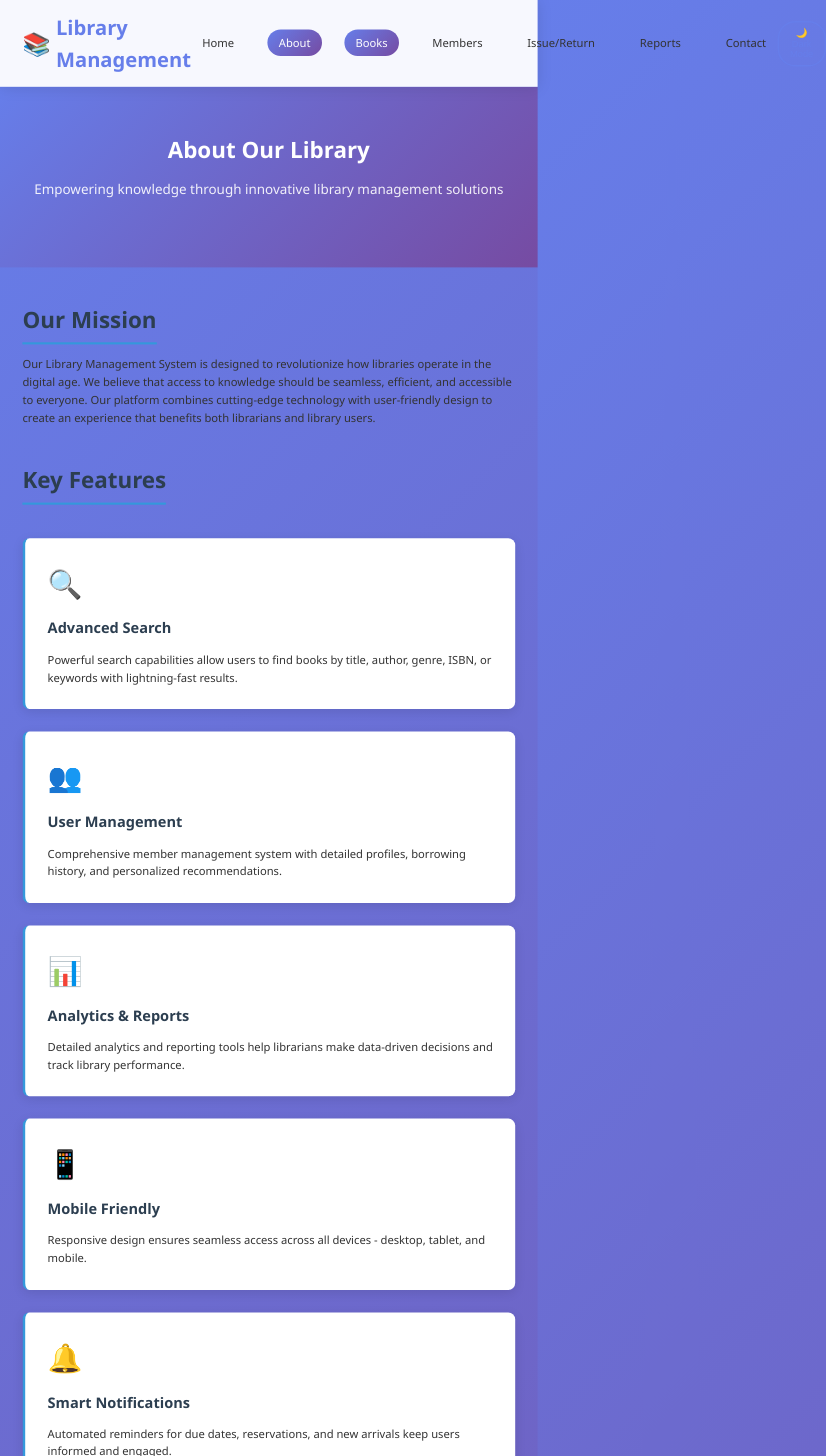
Repository: Manilamagar/learningnodejs
Page: http://localhost/about
These files come from the project's save history. The page is drawn as it stood at one moment and after the next save; the edit follows.
The browser window is 768 px wide. The page is 1180 px wide, so the pictures cover 1180 px, including what lies to the right of the window. The pictures show the part of the page from y = 0 to 2080 px (the page is 4957 px tall before and 3446 px after), at 70% of full size.
The page is served by the project's Node server (app.js).

Above is the page before, as saved 2025-05-28 13:16:43.

### views/about.ejs

    <style>
        * {
            margin: 0;
            padding: 0;
            box-sizing: border-box;
        }


        /* Hero Section */
        .hero-section {
            background: linear-gradient(135deg, #667eea, #764ba2);
            color: white;
            padding: 4rem 0;
            text-align: center;
        }

        .hero-content {
            max-width: 800px;
            margin: 0 auto;
            padding: 0 2rem;
        }

        .hero-title {
            font-size: 3rem;
            margin-bottom: 1rem;
            font-weight: 700;
        }

        .hero-subtitle {
            font-size: 1.2rem;
            opacity: 0.9;
            margin-bottom: 2rem;
        }

        /* Main Content */
        .main-content {
            max-width: 1200px;
            margin: 0 auto;
            padding: 3rem 2rem;
        }

        .section {
            margin-bottom: 3rem;
        }

        .section-title {
            font-size: 2rem;
            margin-bottom: 1rem;
            color: #2c3e50;
            border-bottom: 3px solid #3498db;
            padding-bottom: 0.5rem;
            display: inline-block;
        }

        .dark-mode .section-title {
            color: #e0e0e0;
        }

        /* Features Grid */
        .features-grid {
            display: grid;
            grid-template-columns: repeat(auto-fit, minmax(300px, 1fr));
            gap: 2rem;
            margin-top: 2rem;
        }

        .feature-card {
            background: white;
            padding: 2rem;
            border-radius: 10px;
            box-shadow: 0 4px 15px rgba(0,0,0,0.1);
            transition: transform 0.3s ease;
            border-left: 4px solid #3498db;
        }

        .feature-card:hover {
            transform: translateY(-5px);
        }

        .feature-icon {
            font-size: 2.5rem;
            margin-bottom: 1rem;
            display: block;
        }

        .feature-title {
            font-size: 1.3rem;
            margin-bottom: 1rem;
            color: #2c3e50;
        }

        .dark-mode .feature-title {
            color: #e0e0e0;
        }

        /* Stats Section */
        .stats-grid {
            display: grid;
            grid-template-columns: repeat(auto-fit, minmax(200px, 1fr));
            gap: 2rem;
            margin-top: 2rem;
        }

        .stats-card {
            background: white;
            padding: 2rem;
            border-radius: 10px;
            text-align: center;
            box-shadow: 0 4px 15px rgba(0,0,0,0.1);
            border-top: 4px solid #e74c3c;
        }

        .stats-number {
            font-size: 2.5rem;
            font-weight: bold;
            color: #e74c3c;
            display: block;
        }

        .stats-label {
            font-size: 1rem;
            color: #7f8c8d;
            margin-top: 0.5rem;
        }

        /* Team Section */
        .team-grid {
            display: grid;
            grid-template-columns: repeat(auto-fit, minmax(250px, 1fr));
            gap: 2rem;
            margin-top: 2rem;
        }

        .team-card {
            background: white;
            padding: 2rem;
            border-radius: 10px;
            text-align: center;
            box-shadow: 0 4px 15px rgba(0,0,0,0.1);
            transition: transform 0.3s ease;
        }
        .team-card:hover{
          border-color: #667eea;
            background: linear-gradient(135deg, #667eea, #764ba2);
            color: white;
            transform: translateY(-5px);
        }

        .action-icon {
            font-size: 2rem;
            margin-bottom: 1rem;
            display: block;
        }


        .dark-mode .team-card {
            background: #2c2c2c;
        }

        .team-card:hover {
            transform: translateY(-5px);
        }

        .team-avatar {
            width: 80px;
            height: 80px;
            border-radius: 50%;
            background: linear-gradient(135deg, #667eea, #764ba2);
            margin: 0 auto 1rem;
            display: flex;
            align-items: center;
            justify-content: center;
            font-size: 2rem;
            color: white;
        }

        .team-name {
            font-size: 1.2rem;
            font-weight: bold;
            margin-bottom: 0.5rem;
            color: #2c3e50;
        }

        .dark-mode .team-name {
            color: #e0e0e0;
        }

        .team-role {
            color: #7f8c8d;
            font-size: 0.9rem;
        }

        /* Contact Section */
        .contact-info {
            background: white;
            padding: 2rem;
            border-radius: 10px;
            box-shadow: 0 4px 15px rgba(0,0,0,0.1);
            margin-top: 2rem;
        }

        .dark-mode .contact-info {
            background: #2c2c2c;
        }

        .contact-item {
            display: flex;
            align-items: center;
            margin-bottom: 1rem;
            gap: 1rem;
        }

        .contact-icon {
            font-size: 1.5rem;
            color: #3498db;
            width: 30px;
        }

        /* Responsive Design */
        @media (max-width: 768px) {
            .hero-title {
                font-size: 2rem;
            }

            .main-content {
                padding: 2rem 1rem;
            }

            .features-grid,
            .stats-grid,
            .team-grid {
                grid-template-columns: 1fr;
            }
        }
    </style>
</head>
<body>

<%- include('Component/Navigation.ejs') %>
    <!-- Hero Section -->
    <section class="hero-section">
        <div class="hero-content">
            <h1 class="hero-title">About Our Library</h1>
            <p class="hero-subtitle">Empowering knowledge through innovative library management solutions</p>
        </div>
    </section>

    <!-- Main Content -->
    <main class="main-content">
        <!-- Mission Section -->
        <section class="section">
            <h2 class="section-title">Our Mission</h2>
            <p>Our Library Management System is designed to revolutionize how libraries operate in the digital age. We believe that access to knowledge should be seamless, efficient, and accessible to everyone. Our platform combines cutting-edge technology with user-friendly design to create an experience that benefits both librarians and library users.</p>
        </section>

        <!-- Features Section -->
        <section class="section">
            <h2 class="section-title">Key Features</h2>
            <div class="features-grid">
                <div class="feature-card">
                    <span class="feature-icon">🔍</span>
                    <h3 class="feature-title">Advanced Search</h3>
                    <p>Powerful search capabilities allow users to find books by title, author, genre, ISBN, or keywords with lightning-fast results.</p>
                </div>
                <div class="feature-card">
                    <span class="feature-icon">👥</span>
                    <h3 class="feature-title">User Management</h3>
                    <p>Comprehensive member management system with detailed profiles, borrowing history, and personalized recommendations.</p>
                </div>
                <div class="feature-card">
                    <span class="feature-icon">📊</span>
                    <h3 class="feature-title">Analytics & Reports</h3>
                    <p>Detailed analytics and reporting tools help librarians make data-driven decisions and track library performance.</p>
                </div>
                <div class="feature-card">
                    <span class="feature-icon">📱</span>
                    <h3 class="feature-title">Mobile Friendly</h3>
                    <p>Responsive design ensures seamless access across all devices - desktop, tablet, and mobile.</p>
                </div>
                <div class="feature-card">
                    <span class="feature-icon">🔔</span>
                    <h3 class="feature-title">Smart Notifications</h3>
                    <p>Automated reminders for due dates, reservations, and new arrivals keep users informed and engaged.</p>
                </div>
                <div class="feature-card">
                    <span class="feature-icon">🌐</span>
                    <h3 class="feature-title">Digital Resources</h3>
                    <p>Seamless integration with digital collections, e-books, and online databases for comprehensive resource access.</p>
                </div>
            </div>
        </section>

        <!-- Statistics Section -->
        <section class="section">
            <h2 class="section-title">Library Statistics</h2>
            <div class="stats-grid">
                <div class="stats-card">
                    <span class="stats-number">50,000+</span>
                    <span class="stats-label">Books in Collection</span>
                </div>
                <div class="stats-card">
                    <span class="stats-number">5,000+</span>
                    <span class="stats-label">Active Members</span>
                </div>
                <div class="stats-card">
                    <span class="stats-number">2,500+</span>
                    <span class="stats-label">Monthly Transactions</span>
                </div>
                <div class="stats-card">
                    <span class="stats-number">99.8%</span>
                    <span class="stats-label">System Uptime</span>
                </div>
            </div>
        </section>

        <!-- Team Section -->
        <section class="section">
            <h2 class="section-title">Our Team</h2>
            <div class="team-grid">
                <div class="team-card">
                    <div class="team-avatar">👨‍💼</div>
                    <h3 class="team-name">Dr. Sarah Johnson</h3>
                    <p class="team-role">Head Librarian</p>
                </div>
                <div class="team-card">
                    <div class="team-avatar">👩‍💻</div>
                    <h3 class="team-name">Mike Chen</h3>
                    <p class="team-role">Systems Administrator</p>
                </div>
                <div class="team-card">
                    <div class="team-avatar">👨‍🎓</div>
                    <h3 class="team-name">Alex Rodriguez</h3>
                    <p class="team-role">Information Specialist</p>
                </div>
                <div class="team-card">
                    <div class="team-avatar">👩‍🏫</div>
                    <h3 class="team-name">Emma Thompson</h3>
                    <p class="team-role">User Experience Manager</p>
                </div>
            </div>
        </section>

        <!-- Contact Section -->
        <section class="section">
            <h2 class="section-title">Contact Information</h2>
            <div class="contact-info">
                <div class="contact-item">
                    <span class="contact-icon">📍</span>
                    <span>123 Knowledge Street, Education City, EC 12345</span>
                </div>
                <div class="contact-item">
                    <span class="contact-icon">📞</span>
                    <span>+1 (555) 123-4567</span>
                </div>
                <div class="contact-item">
                    <span class="contact-icon">✉️</span>
                    <span>info@librarysystem.edu</span>
                </div>
                <div class="contact-item">
                    <span class="contact-icon">🕒</span>
                    <span>Mon-Fri: 8:00 AM - 8:00 PM | Sat-Sun: 10:00 AM - 6:00 PM</span>
                </div>
            </div>
        </section>
    </main>

    <script>
        // Dark mode toggle functionality
        function toggleDarkMode() {
            document.body.classList.toggle('dark-mode');
            const isDarkMode = document.body.classList.contains('dark-mode');
            localStorage.setItem('darkMode', isDarkMode);

            const button = document.querySelector('.dark-mode-toggle');
            button.textContent = isDarkMode ? '☀️ Light Mode' : '🌓 Dark Mode';
        }

        // Mobile menu toggle
        function toggleMobileMenu() {
            const navMenu = document.getElementById('navMenu');
            navMenu.classList.toggle('active');
        }

        // Load dark mode preference
        document.addEventListener('DOMContentLoaded', function() {
            const isDarkMode = localStorage.getItem('darkMode') === 'true';
            if (isDarkMode) {
                document.body.classList.add('dark-mode');
                const button = document.querySelector('.dark-mode-toggle');
                button.textContent = '☀️ Light Mode';
            }
        });

        // Close mobile menu when clicking outside
        document.addEventListener('click', function(event) {
            const navMenu = document.getElementById('navMenu');
            const toggleButton = document.querySelector('.mobile-menu-toggle');

            if (!navMenu.contains(event.target) && !toggleButton.contains(event.target)) {
                navMenu.classList.remove('active');
            }
        });

        // Smooth scrolling for anchor links
        document.querySelectorAll('a[href^="#"]').forEach(anchor => {
            anchor.addEventListener('click', function (e) {
                e.preventDefault();
                const target = document.querySelector(this.getAttribute('href'));
                if (target) {
                    target.scrollIntoView({
                        behavior: 'smooth',
                        block: 'start'
                    });
                }
            });
        });

        // Add animation to cards on scroll
        const observerOptions = {
            threshold: 0.1,
            rootMargin: '0px 0px -50px 0px'
        };

        const observer = new IntersectionObserver(function(entries) {
            entries.forEach(entry => {
                if (entry.isIntersecting) {
                    entry.target.style.opacity = '1';
                    entry.target.style.transform = 'translateY(0)';
                }
            });
        }, observerOptions);

        // Observe all cards for animation
        document.addEventListener('DOMContentLoaded', function() {
            const cards = document.querySelectorAll('.feature-card, .stats-card, .team-card');
            cards.forEach(card => {
                card.style.opacity = '0';
                card.style.transform = 'translateY(20px)';
                card.style.transition = 'opacity 0.6s ease, transform 0.6s ease';
                observer.observe(card);
            });
        });
    </script>

### views/Component/Navigation.ejs

   <style>
        * {
            margin: 0;
            padding: 0;
            box-sizing: border-box;
        }

        body {
            font-family: 'Segoe UI', Tahoma, Geneva, Verdana, sans-serif;
            line-height: 1.6;
            color: #333;
            background: linear-gradient(135deg, #667eea 0%, #764ba2 100%);
            min-height: 100vh;
        }

        /* Navigation Bar */
        .navbar {
            background: rgba(255, 255, 255, 0.95);
            backdrop-filter: blur(10px);
            padding: 1rem 0;
            box-shadow: 0 2px 20px rgba(0, 0, 0, 0.1);
            position: sticky;
            top: 0;
            z-index: 1000;
        }

        .nav-container {
            max-width: 1200px;
            margin: 0 auto;
            display: flex;
            justify-content: space-between;
            align-items: center;
            padding: 0 2rem;
        }

        .logo {
            font-size: 1.8rem;
            font-weight: bold;
            color: #667eea;
            text-decoration: none;
            display: flex;
            align-items: center;
            gap: 0.5rem;
        }

        .logo::before {
            content: "📚";
            font-size: 2rem;
        }

        .nav-links {
            display: flex;
            list-style: none;
            gap: 2rem;
            align-items: center;
        }

        .nav-links a {
            text-decoration: none;
            color: #333;
            font-weight: 500;
            padding: 0.5rem 1rem;
            border-radius: 25px;
            transition: all 0.3s ease;
            position: relative;
        }

        .nav-links a:hover {
            background: linear-gradient(135deg, #667eea, #764ba2);
            color: white;
            transform: translateY(-2px);
        }

        .nav-links a.active {
            background: linear-gradient(135deg, #667eea, #764ba2);
            color: white;
        }

        .theme-toggle {
            background: none;
            border: 2px solid #667eea;
            color: #667eea;
            padding: 0.5rem 1rem;
            border-radius: 25px;
            cursor: pointer;
            font-weight: 500;
            transition: all 0.3s ease;
        }

        .theme-toggle:hover {
            background: #667eea;
            color: white;
        }

        /* Mobile Menu */
        .mobile-menu {
            display: none;
            flex-direction: column;
            cursor: pointer;
        }

        .mobile-menu span {
            width: 25px;
            height: 3px;
            background: #333;
            margin: 3px 0;
            border-radius: 2px;
            transition: 0.3s;
        }

        /* Main Content */
        .main-content {
            max-width: 1200px;
            margin: 0 auto;
            padding: 3rem 2rem;
        }

 </style>



   <!-- Navigation Bar -->
    <nav class="navbar">
        <div class="nav-container">
            <a href="#" class="logo">Library Management</a>

            <ul class="nav-links">
                <li><a href="#" class="">Home</a></li>
                <li><a href="/about" class="nav-link active">About</a></li>
                <li><a href="/books" class="nav-link active"> <i class="fas fa-home"></i>Books</a></li>
                <li><a href="/members"> <i class="fas fa-home"></i>Members</a></li>
                <li><a href="/issue"> <i class="fas fa-home"></i>Issue/Return</a></li>
                <li><a href="/reports"> <i class="fas fa-home"></i>Reports</a></li>
                <li><a href="/contact"> <i class="fas fa-home"></i>Contact</a></li>
            </ul>

            <button class="theme-toggle" id="themeToggle">🌙 Dark Mode</button>

            <div class="mobile-menu" id="mobileMenu">
                <span></span>
                <span></span>
                <span></span>
            </div>
        </div>
    </nav>

### app.js
const express = require ("express")
const app = express()
// const app =require ("express")
app.set ("view engine","ejs")


app.get("/",function(req,res){
    res.render("home")
})
app.get("/about", function(req,res){
res.render("about")
})
app.get("/Navigaion", function(req,res){
    res.render("Components/Navigaion")
})
app.get("/contact",function(req,res){
    res.render("contact")
})


app.listen(3000,function(){
    console.log("Backend has started on port 3000")
})

After the next save:
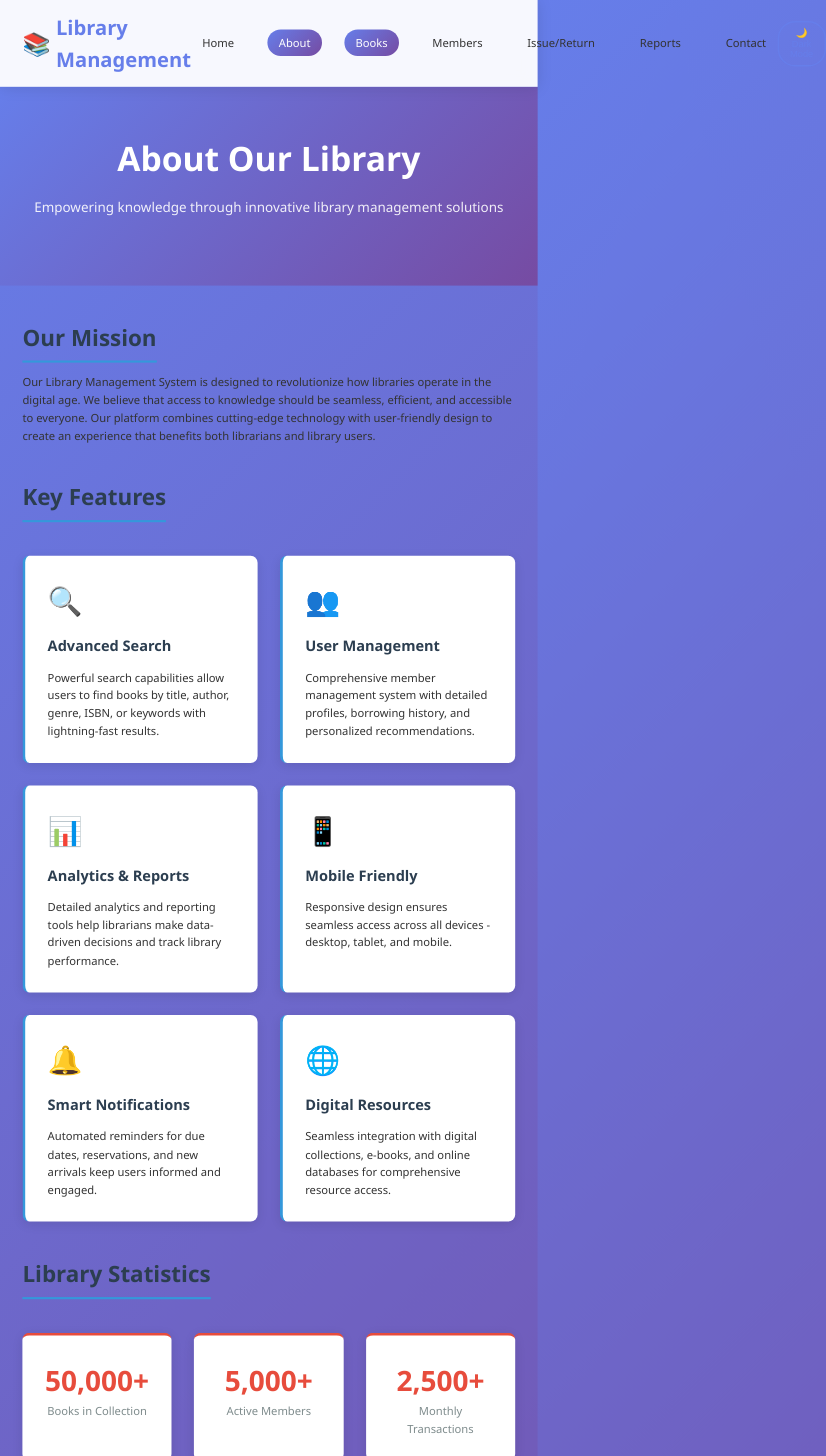
Saved 85 s later.
--- a/views/about.ejs
+++ b/views/about.ejs
@@ -219,18 +219,29 @@
 
         /* Responsive Design */
         @media (max-width: 768px) {
-            .hero-title {
+            .nav-links {
+                display: none;
+            }
+
+            .mobile-menu {
+                display: flex;
+            }
+
+            .hero h1 {
                 font-size: 2rem;
+            }
+
+            .cta-buttons {
+                flex-direction: column;
+                align-items: center;
+            }
+
+            .nav-container {
+                padding: 0 1rem;
             }
 
             .main-content {
                 padding: 2rem 1rem;
-            }
-
-            .features-grid,
-            .stats-grid,
-            .team-grid {
-                grid-template-columns: 1fr;
             }
         }
     </style>
